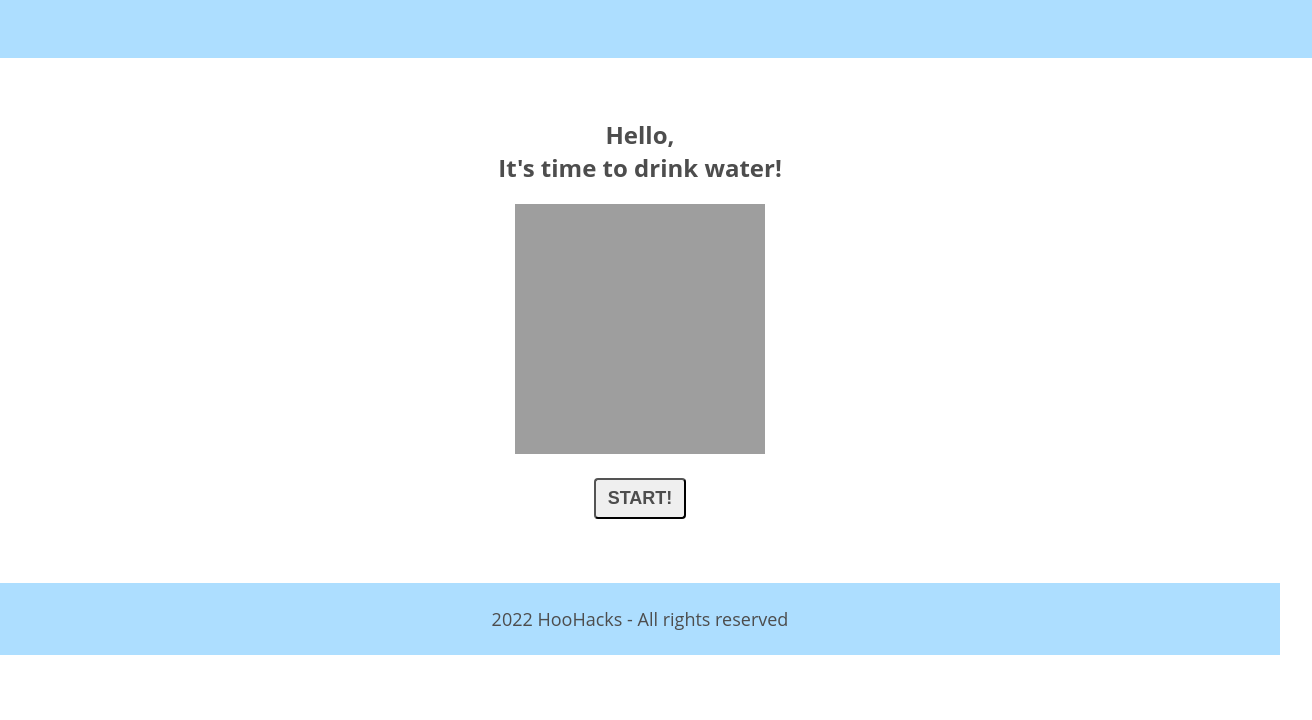
Repository: jennyjjung/H2ODaily
Page: index.html
These files come from the project's save history. The page is drawn as it stood at one moment and after the next save; the edit follows.
The browser window is 1280 px wide. The page is 1312 px wide, so the pictures cover 1312 px, including what lies to the right of the window. The pictures show the whole page.
Pictures or frames that could not be fetched are drawn as grey boxes.

Above is the page before, as saved 2022-03-26 15:01:34.

After the next save:
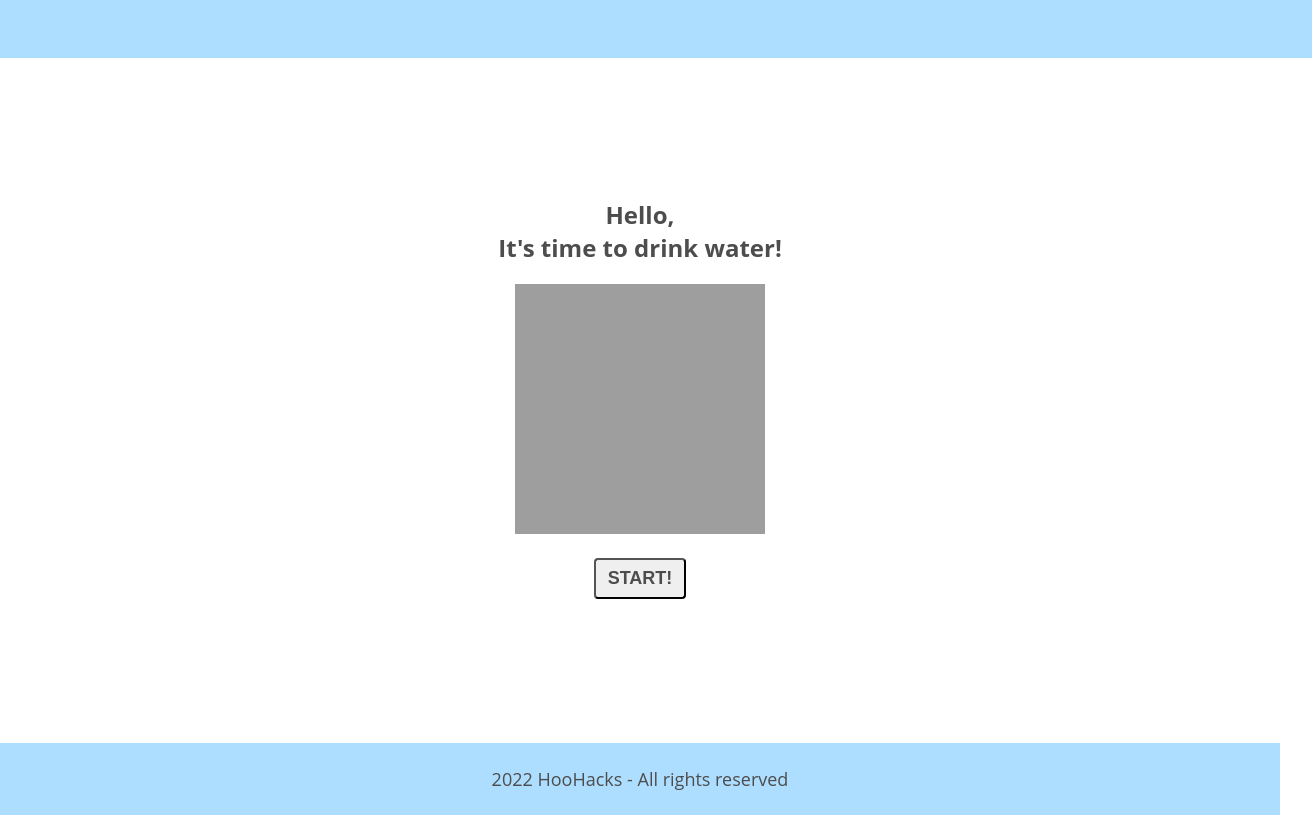
Saved 15 s later.
--- a/style.css
+++ b/style.css
@@ -44,7 +44,7 @@ p {
 
 /* Home */
 #home {
-  padding: 40px 120px;
+  padding: 120px 40px;
 
   text-align: center;
 }
